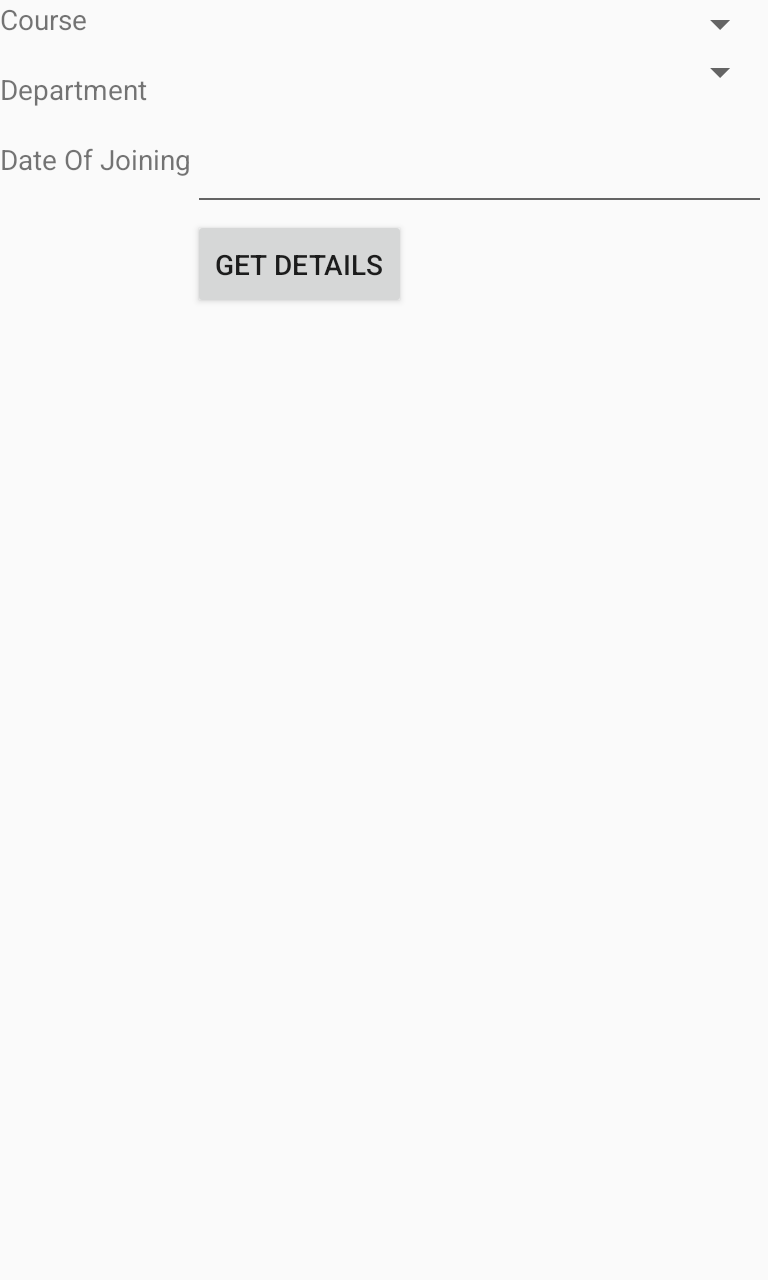
Repository: Prasannakumarb/CollegeMate
Layout: CollegeMate/CollegeMate/res/layout/activity_notification_home_screen.xml
These files come from the project's save history. The layout is drawn as it stood at one moment and after the next save; the edit follows.
It is drawn on a 768 x 1280 px phone screen (xhdpi) without system bars, with theme AppTheme; the app's code is not run.

Above is the layout before, as saved 2014-06-28 20:36:50.

### CollegeMate/CollegeMate/res/layout/activity_notification_home_screen.xml
<FrameLayout xmlns:android="http://schemas.android.com/apk/res/android"
    xmlns:tools="http://schemas.android.com/tools"
    android:id="@+id/container"
    android:layout_width="match_parent"
    android:layout_height="match_parent"
    tools:context="com.fyshadows.collegemate.RegistrationAdmin"
    tools:ignore="MergeRootFrame" >

    <LinearLayout
        android:layout_width="match_parent"
        android:layout_height="match_parent" >

        <LinearLayout
            android:layout_width="wrap_content"
            android:layout_height="match_parent"
            android:orientation="vertical" >



            <TextView
                android:id="@+id/email"
                android:layout_width="wrap_content"
                android:layout_height="35dp"
                android:text="@string/course" />

            <TextView
                android:id="@+id/DOB"
                android:layout_width="wrap_content"
                android:layout_height="35dp"
                android:text="@string/dept" />

            <TextView
                android:id="@+id/sex"
                android:layout_width="wrap_content"
                android:layout_height="35dp"
                android:text="@string/yoj" />






        </LinearLayout>

        <LinearLayout
            android:layout_width="wrap_content"
            android:layout_height="match_parent"
            android:layout_weight="0.46"
            android:orientation="vertical" >


              <Spinner android:id="@+id/spincourse"
        android:layout_width="fill_parent"
        android:layout_height="wrap_content"/>

            <Spinner android:id="@+id/spindepart"
        android:layout_width="fill_parent"
        android:layout_height="wrap_content"/>



            <EditText
                android:id="@+id/editText_doj"
                android:layout_width="match_parent"
                android:layout_height="60dp"
                android:inputType="text" >
            </EditText>



            <Button
                android:id="@+id/Registeradmin"
                android:layout_width="wrap_content"
                android:layout_height="wrap_content"
                android:onClick="Getdetails"
                android:text="Get Details" />

        </LinearLayout>
    </LinearLayout>

</FrameLayout>

### CollegeMate/CollegeMate/res/values/strings.xml
<?xml version="1.0" encoding="utf-8"?>
<resources>

    <!-- App settings -->
    <string name="app_name">CollegeMate</string>
    <string name="action_settings">Settings</string>
    <string name="not_name">CollegeMate</string>

    <!-- Identification Screen -->
    <string name="Identify">Tell us your Role!</string>
    <string name="admin">ADMIN</string>
    <string name="student">STUDENT</string>

    <!-- Title -->
    <string name="Homescreen">Home</string>
    <string name="Friendlist">My Friends</string>

    <!-- Registration Screen -->
    <string name="title_activity_registration_admin">RegistrationAdmin</string>
    <string name="name">NAME</string>
    <string name="email">EMAIL</string>
    <string name="sex">SEX</string>
    <string name="dob">DOB</string>
    <string name="phone">Phone Number</string>
    <string name="Registeradmin">Continue to college details</string>
    <string name="selectPic">Select Picture</string>
    <string name="Browse">Browse</string>
    <string name="male">Male</string>
    <string name="female">Female</string>
    <string name="cityin">City In</string>

    <color name="BG">#F0EEEA</color>
    <color name="darkgrey">#C0C0C0</color>
    <color name="TopStrip">#9a4e20</color>
    <color name="acBarColor">#c1beb9</color>
    <color name="TopStripTextColor">#FFFFFF</color>
    <color name="TopStripborder">#4d4747</color>
    <color name="defaultTextColor">#302e2c</color>
    <color name="defaultButtonColor">#dddbd7</color>
    <color name="likeTextColor">#00CCFF</color>
    <color name="nonlikeTextColor">#908484</color>

    <!-- college Registration -->
    <string name="title_activity_admin_collegeregistraton">AdminCollegeregistraton</string>
    <string name="collname">College Name</string>
    <string name="collcity">College City</string>
    <string name="collegephonenumber">College Phone number</string>
    <string name="collegeemailid">College Email ID</string>
    <string name="collegewebsite">College Website</string>
    <string name="selectLogo">Select Logo</string>
    <string name="Registercollege">Register college</string>
    <string name="title_activity_admin_home">Admin Home</string>
    <string name="imagedesc">Profile Pic</string>
    <string name="drawer_open">Open</string>
    <string name="drawer_close">Close</string>
    <string name="title_activity_admin_home_screen">Admin_home_screen</string>
    <string name="hello_world">Hello world!</string>

    <!-- GCM -->

    <string name="menu_settings">Settings</string>
    <string name="title_activity_main">Push Notifications</string>
    <string name="error_config">Please set the %1$s constant and recompile the app.</string>
    <string name="already_registered">Device is already registered on server.</string>
    <string name="gcm_registered">From GCM: device successfully registered!</string>
    <string name="gcm_unregistered">From GCM: device successfully unregistered!</string>
    <string name="gcm_message">From GCM: you got message!</string>
    <string name="gcm_error">From GCM: error (%1$s).</string>
    <string name="gcm_recoverable_error">From GCM: recoverable error (%1$s).</string>
    <string name="gcm_deleted">From GCM: server deleted %1$d pending messages!</string>
    <string name="server_registering">Trying (attempt %1$d/%2$d) to register device on Demo Server.</string>
    <string name="server_registered">From Demo Server: successfully added device!</string>
    <string name="server_unregistered">From Demo Server: successfully removed device!</string>
    <string name="server_register_error">Could not register device on Demo Server after %1$d attempts.</string>
    <string name="server_unregister_error">Could not unregister device on Demo Server (%1$s).</string>
    <string name="options_register">Register</string>
    <string name="options_unregister">Unregister</string>
    <string name="options_clear">Clear</string>
    <string name="options_exit">Exit</string>
    <string name="title_activity_chat">ChatActivity</string>

    <!-- Chat activity -->
    <string name="main_empty_list">There is no recent conversation, write new message to start one.</string>

    <color name="Mytextcolor">#FFD700</color>
    <color name="Histextcolor">#7CFC00</color>
    <color name="textcolor">#000000</color>
    <color name="textFieldColor">#000</color>
    <color name="textShadow">#FFF</color>
    <color name="listViewBg">#DADFEE</color>
    <color name="sendLightColor">#8897BF</color>
    <color name="sendMeduimColor">#5D6CA5</color>
    <color name="sendDarkColor">#515F9F</color>
    <color name="barDarkColor">#CECECE</color>
    <color name="barMeduimColor">#DFDEE0</color>
    <color name="barLightColor">#F2F2F2</color>

    <string name="title_activity_message">MessageActivity</string>
    <string name="title_activity_friend_list">FriendList</string>
    <string name="title_activity_basic_home_screen">BasicHomeScreen</string>
    <string name="Welcomemsg">Welcome to CollegeMate. </string>
    <string name="quote"> We Connect people to Built FUTURE :).</string>
    <string name="Chattext"> CHAT</string>
    <string name="title_activity_friend_listview">FriendListview</string>
    <string name="title_section1">Section 1</string>
    <string name="title_section2">Section 2</string>
    <string name="title_section3">Section 3</string>
    <string name="SearchFriend">Search Friends</string>
    <string name="title_activity_registration_student">RegistrationStudent</string>
    <string name="title_activity_student_collegeregistration">StudentCollegeregistration</string>

    <!-- Chat activity -->
    <string name="college">College</string>
    <string name="course">Course</string>
    <string name="dept">Department</string>
    <string name="yoj">Date Of Joining</string>

    <!-- Discussion forum strings -->

    <string name="disc_forum">Discussion forum</string>
    <string name="disc_forum_create">Create a new discussion</string>
    <string name="disc_forum_category">Category</string>
    <string name="disc_forum_title">Title</string>
    <string name="disc_forum_description">Description</string>
    <string name="disc_forum_post">Create</string>
    <string name="disc_forum_view">View Discussions</string>
    <string name="title_activity_discussion_forum_home">DiscussionForumHome</string>
    <string name="title_activity_list_forum_topics">ListForumTopics</string>
    <string name="title_activity_forum_full_view">ForumFullView</string>
    <string name="title_activity_swipe_screen">SwipeScreen</string>
    <string name="title_activity_forum_comments_view">ForumCommentsView</string>
    <string name="swipe_for_comments">&lt;&lt; Swipe left to view comments &gt;&gt;</string>
    <string name="title_activity_notification_home_screen">NotificationHomeScreen</string>



    <!-- Notification -->
    <string name="notificationmsg">Message</string>


</resources>

Loaded but not shown: CollegeMate/CollegeMate/res/values/styles.xml (common file); CollegeMate/CollegeMate/res/values-v11/styles.xml (common file); CollegeMate/CollegeMate/res/values-v14/styles.xml (common file)

After the next save:
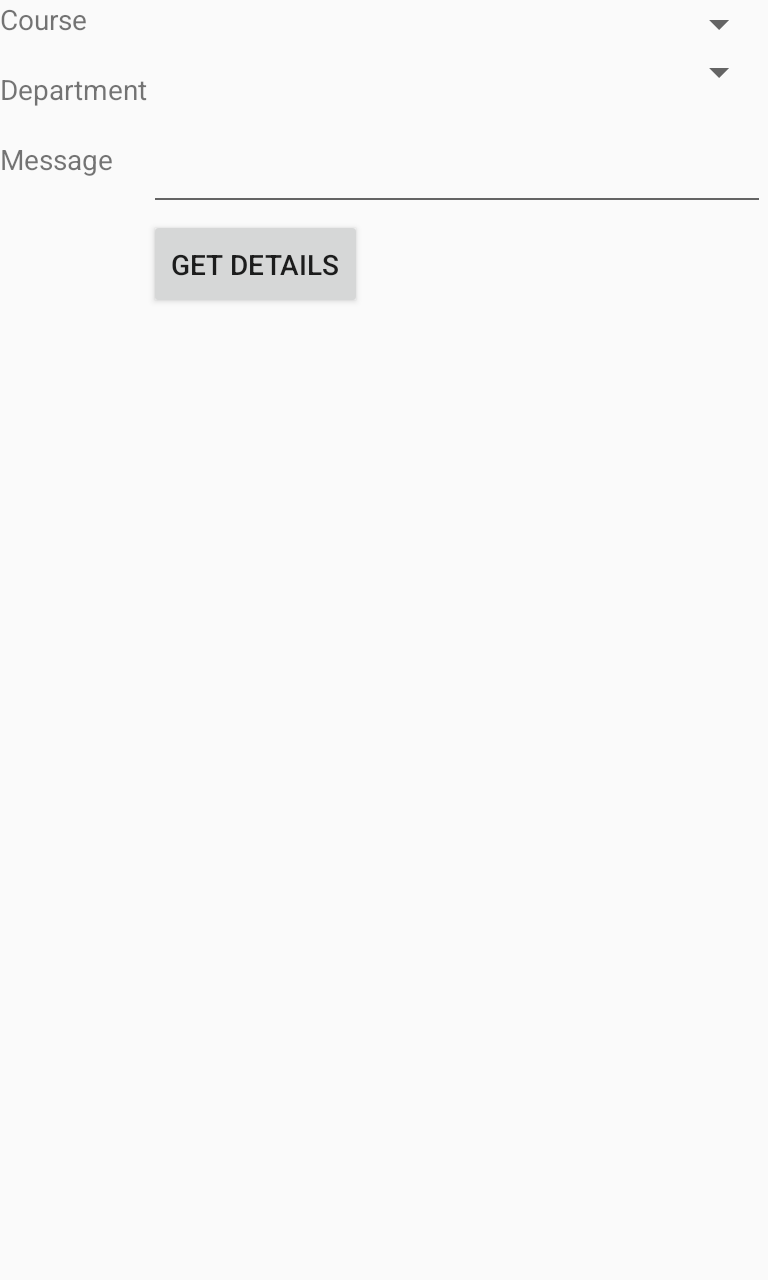
Saved 6 s later.
--- a/CollegeMate/CollegeMate/res/layout/activity_notification_home_screen.xml
+++ b/CollegeMate/CollegeMate/res/layout/activity_notification_home_screen.xml
@@ -33,7 +33,7 @@
                 android:id="@+id/sex"
                 android:layout_width="wrap_content"
                 android:layout_height="35dp"
-                android:text="@string/yoj" />
+                android:text="@string/notificationmsg" />
 
 
 
